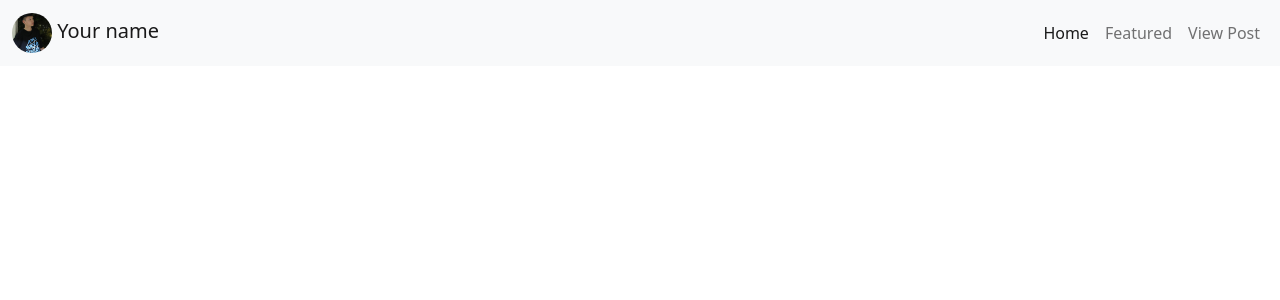
Repository: nvt01/72_1951061106_NgoVanTung
Page: BaiTh1/index.html
These files come from the project's save history. The page is drawn as it stood at one moment and after the next save; the edit follows.
The browser window is 1280 px wide. The pictures show the whole page.

Above is the page before, as saved 2021-11-30 21:57:34.

### BaiTh1/index.html
<!DOCTYPE html>
<html lang="en">
<head>
    <meta charset="UTF-8">
    <meta http-equiv="X-UA-Compatible" content="IE=edge">
    <meta name="viewport" content="width=device-width, initial-scale=1.0">
    <title>Blog</title>
    <link rel="stylesheet" href="style.css">
    <!-- CSS only -->
    <link href="https://cdn.jsdelivr.net/npm/bootstrap@5.1.3/dist/css/bootstrap.min.css" rel="stylesheet" integrity="sha384-1BmE4kWBq78iYhFldvKuhfTAU6auU8tT94WrHftjDbrCEXSU1oBoqyl2QvZ6jIW3" crossorigin="anonymous">
</head>
<body>
    <div class="menu">
        <nav class="navbar navbar-expand-lg navbar-light bg-light">
            <div class="container-fluid">
                <a class="navbar-brand" href="#">
                    <img class="nav-img" src="./img/avatar.JPG" alt="">
                    Your name
                </a>
                <button class="navbar-toggler" type="button" data-bs-toggle="collapse" data-bs-target="#navbarSupportedContent" aria-controls="navbarSupportedContent" aria-expanded="false" aria-label="Toggle navigation">
                    <span class="navbar-toggler-icon"></span>
                </button>
                <div class=" collapse navbar-collapse" id="navbarSupportedContent">
                    <ul class="navbar-nav me-auto mb-2 mb-lg-0">
                        <li class="nav-item">
                            <a class="nav-link active" aria-current="page" href="#">Home</a>
                        </li>
                        <li class="nav-item">
                            <a class="nav-link" href="#">Featured</a>
                        </li>
                        <li class="nav-item">
                            <a class="nav-link" href="#">View Post</a>
                        </li>
                    </ul>
                </div>
            </div>
        </nav>
    </div>
    <div class="container">
        <h1></h1>
    </div>
</body>
</html>

### BaiTh1/style.css
* {
    margin: 0;
    padding: 0;
    box-sizing: border-box;
}
.nav-img {
    width: 40px;
    height: 40px;
    border-radius: 50%;
    object-fit: cover;
}

.container-fluid .navbar-collapse {
    flex-grow: 0;
}

After the next save:
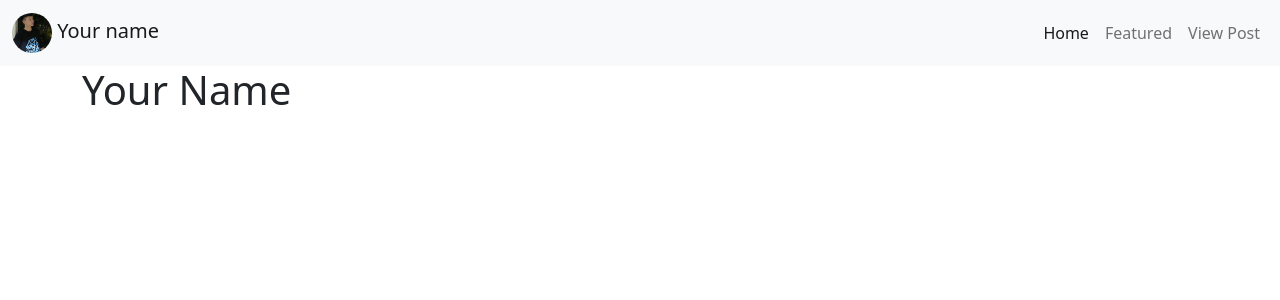
Saved 5 s later.
--- a/BaiTh1/index.html
+++ b/BaiTh1/index.html
@@ -37,7 +37,7 @@
         </nav>
     </div>
     <div class="container">
-        <h1></h1>
+        <h1>Your Name</h1>
     </div>
 </body>
 </html>
